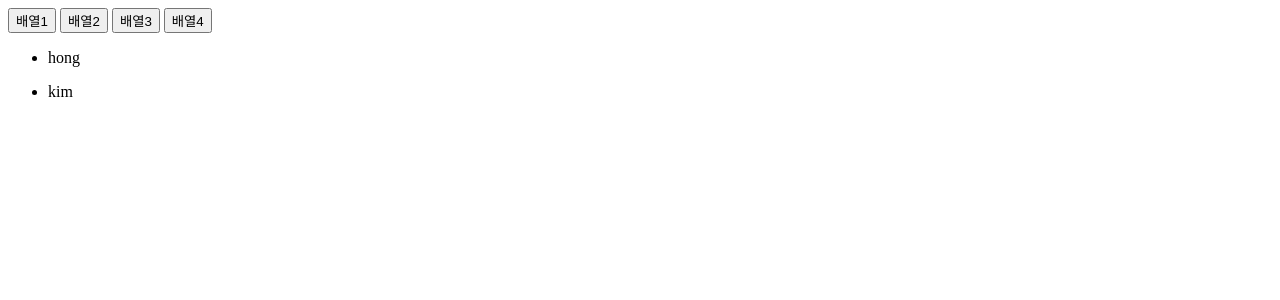
Repository: sagong0/servelet_home
Page: web/src/main/webapp/a1.html
These files come from the project's save history. The page is drawn as it stood at one moment and after the next save; the edit follows.
The browser window is 1280 px wide. The pictures show the whole page.
After loading, the first visible `input[onclick="secondfunc()"]` was clicked once.

Above is the page before, as saved 2023-08-09 12:21:37.

### web/src/main/webapp/a1.html
<!DOCTYPE html>
<html>
<head>
<meta charset="UTF-8">
<title>Insert title here</title>
</head>
<body>
	<input type="button" value="배열1" onclick="firstfunc()">
	<input type="button" value="배열2" onclick="secondfunc()">
	<input type="button" value="배열3" onclick="thirdfunc()">
	<input type="button" value="배열4" onclick="fourthfunc()">

	<div id="area">

	</div>

	<script>
		function firstfunc(){
			var data = {
				"myinfo1" : ["홍길동","25", "hong@nate.com"],
				"myinfo2" : ["김","21", "kim@nate.com"]
			}
			console.log(data);
		}

		function secondfunc(){
			var data = {
				"myinfo" : [
				{
					"id" : "hong",
					"name" : "홍길동",
					"age" : "25"
				},
				{
					"id" : "kim",
					"name" : "김기꾼길동",
					"age" : "98"
				}
				]
			};
			console.log(data);
			var no = 0;
			var datalength = data.myinfo.length;
			console.log(datalength)

			while(no < datalength){
				var html = document.getElementById("area");
				html.innerHTML += `<ul>
					<li>${data.myinfo[no]["id"]}</li>
				</ul>`;
				no++;
			}
		}
	</script>

</body>
</html>

After the next save:
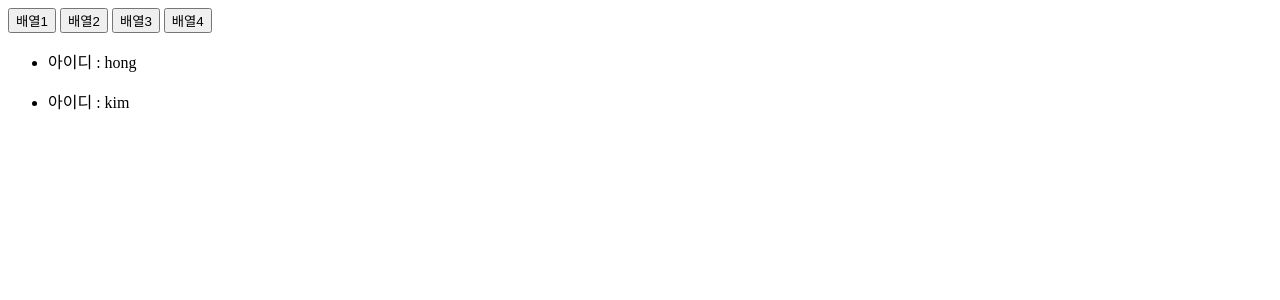
Saved 15 s later.
--- a/web/src/main/webapp/a1.html
+++ b/web/src/main/webapp/a1.html
@@ -46,7 +46,7 @@
 			while(no < datalength){
 				var html = document.getElementById("area");
 				html.innerHTML += `<ul>
-					<li>${data.myinfo[no]["id"]}</li>
+					<li>아이디 : ${data.myinfo[no]["id"]}</li>
 				</ul>`;
 				no++;
 			}
